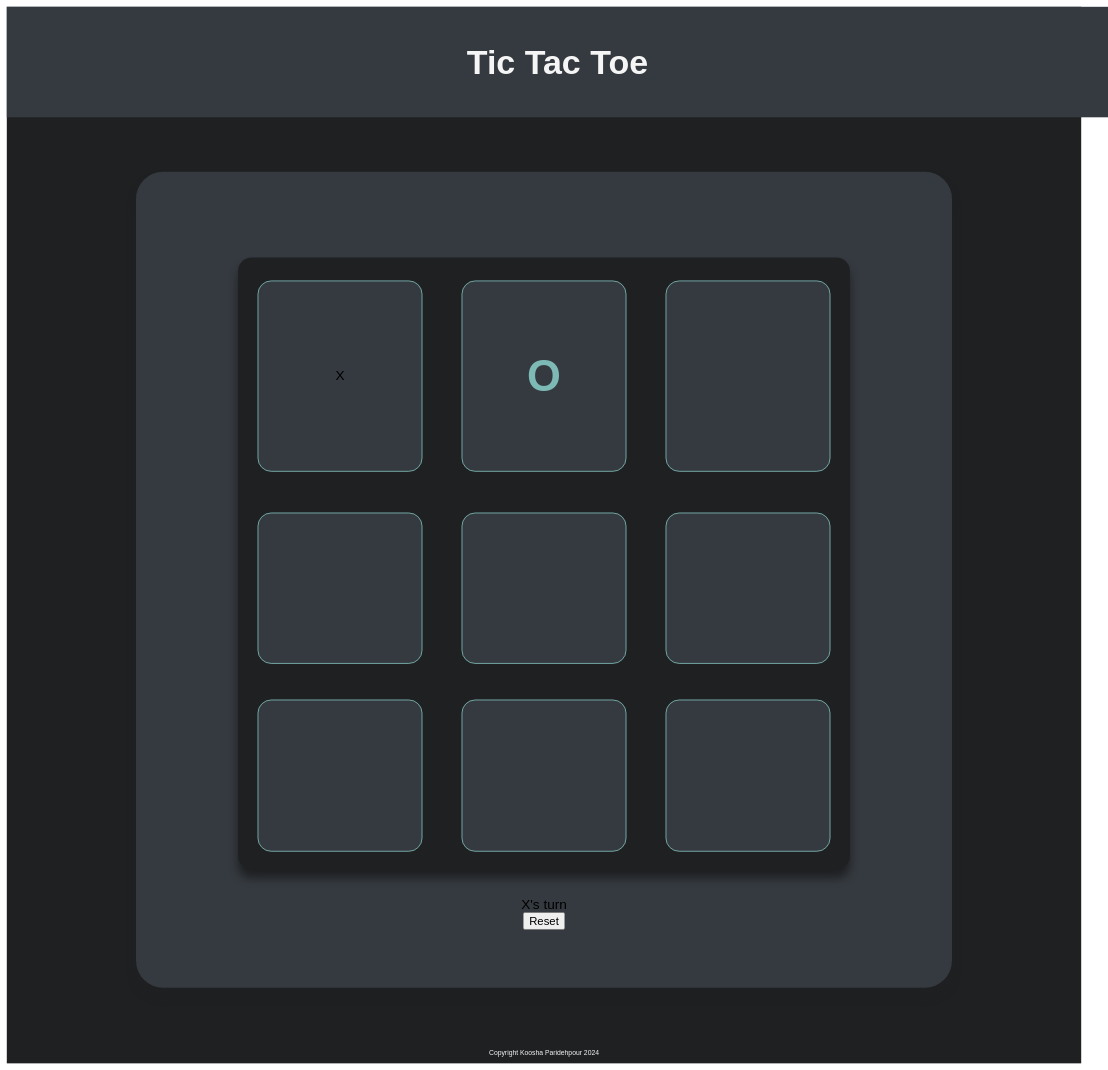
Repository: KooshaPari/odin-TTT
Page: index.html
The author's editor kept a copy of each file at every save. The page is drawn from the files as they stood at one save, then again after the next save.
The browser window is 1280 px wide. The page is 1304 px wide, so the pictures cover 1304 px, including what lies to the right of the window. The pictures show the whole page, at 85% of full size.

Above is the page before, as saved 2024-03-14 23:04:57.

After the next save:
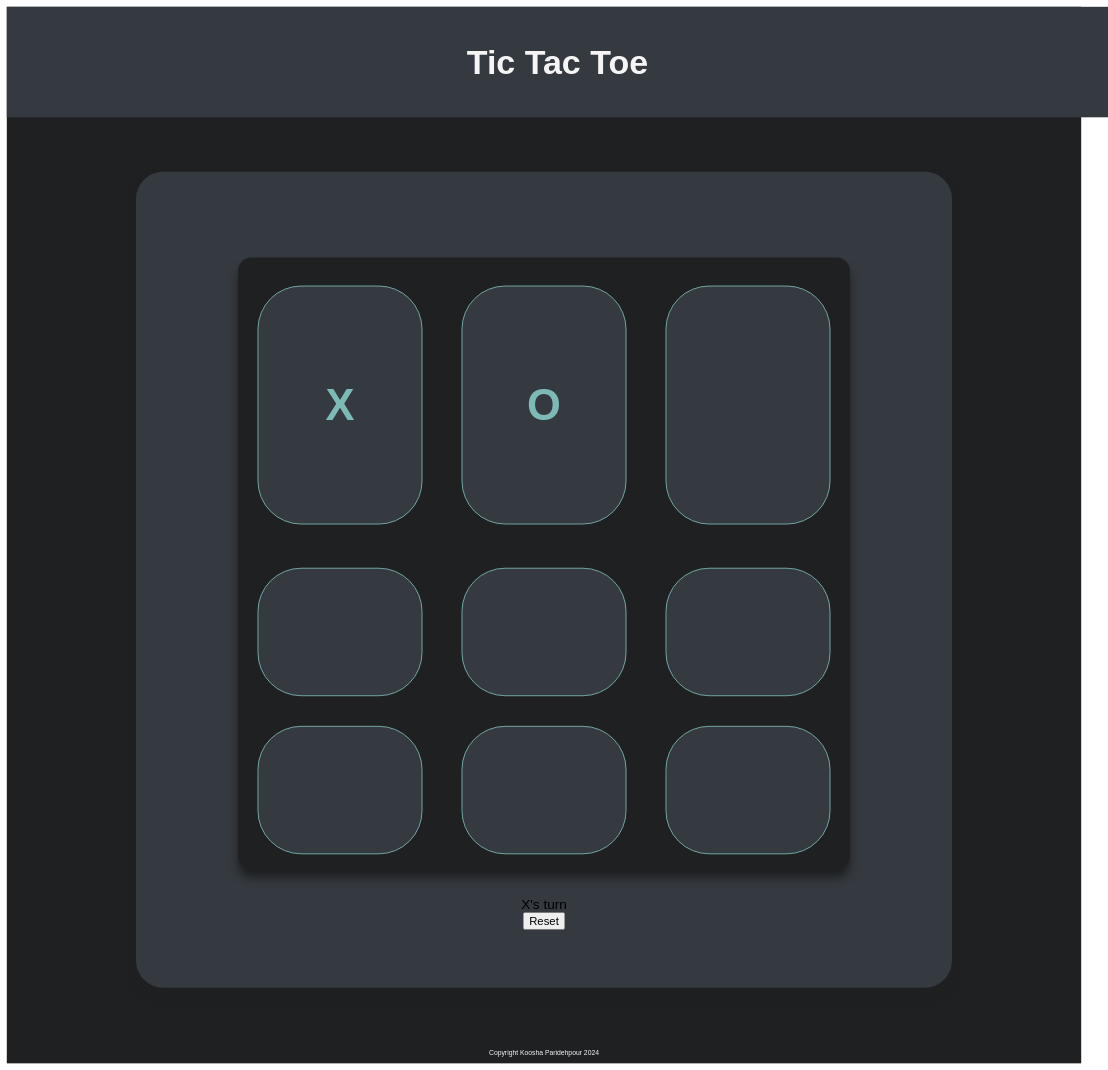
Saved 47 s later.
--- a/style.css
+++ b/style.css
@@ -115,16 +115,8 @@
   display: flex;
   align-items: center;
   white-space: nowrap;
-}
-.square p {
   font-size: 4vw;
   color: #7ebab5;
   font-weight: bold;
   overflow: hidden;
-  align-self: center;
-  justify-self: center;
-  text-align: center;
-  padding: 0;
-  margin: 0;
-  display: flex;
 }
